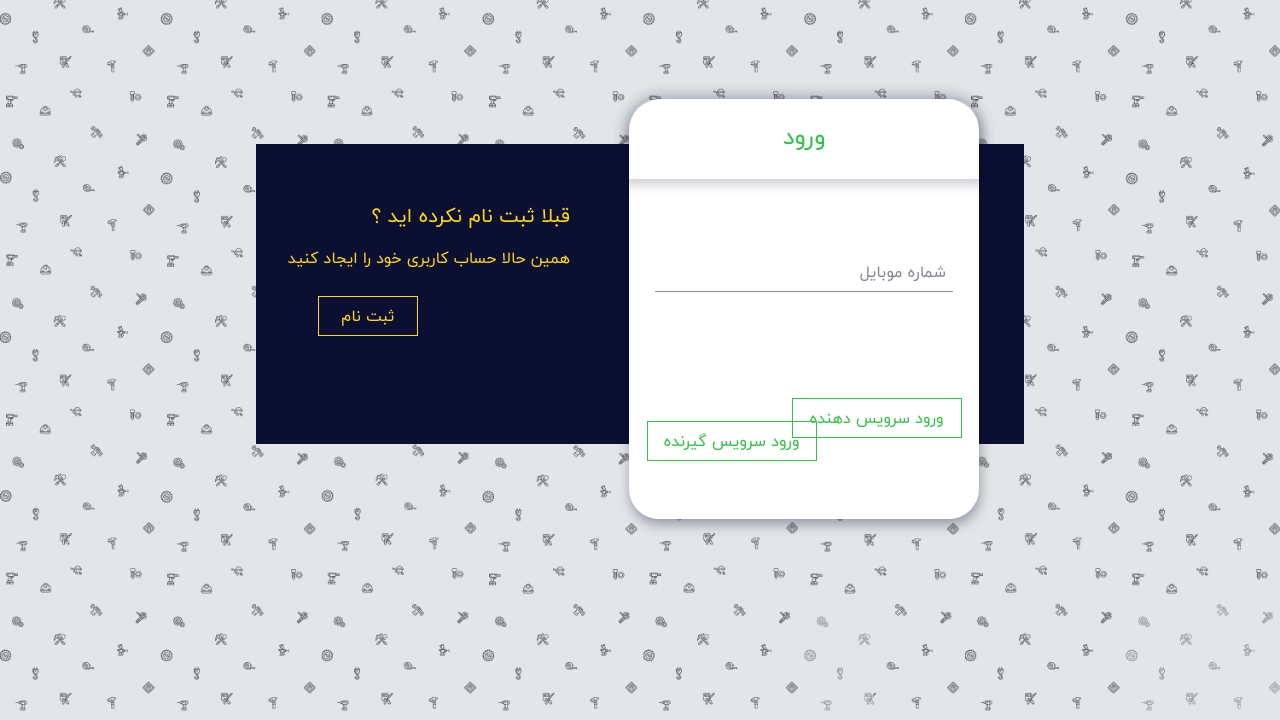
Repository: nightwolf-041/pisheyar-panel-user
Page: /login
An editor plug-in stored every save of this project. The page is shown before and after the next save, followed by the edit.
The browser window is 1280 px wide. The pictures show the whole page.
The page's requests for data from a server got no answer. The project was rebuilt for these pictures with package versions that can differ from the ones it lists, and the page was loaded fresh each time. No one was signed in, and anything a server would have sent is missing. Also part of the build but not shown: src/components/login/RegisterBoxSteps.jsx.

Above is the page before, as saved 2020-05-20 11:51:53.

### src/index.css
@font-face {
    font-family: Yekan;
    src: url('./assets/fonts/iran-yekan/iranyekan.woff')
}

*,
* * {
    font-family: Yekan !important;
}

body {
    margin: 0 auto;
    font-family: Yekan !important;
    overflow-x: hidden !important;
    overflow-y: hidden !important;
}

code {
    font-family: source-code-pro, Menlo, Monaco, Consolas, 'Courier New', monospace;
}

### src/App.css
@font-face {
    font-family: Yekan;
    src: url('./assets/fonts/iran-yekan/iranyekan.woff')
}

*,
* * {
    font-family: Yekan !important;
}

.Toastify__toast-body {
    text-align: right !important;
}

.react-code-input input {
    padding: 0 !important;
    text-align: center !important;
    font-size: 1.2rem !important;
}

.lds-dual-ring {
    display: flex;
    justify-content: center;
    align-items: center;
    width: 150px;
    height: 150px;
    position: fixed;
    top: 30%;
    left: calc(50% - 75px);
    transform: translateZ(0);
    -webkit-transform: translateZ(0);
    -ms-transform: translateZ(0);
    -o-transform: translateZ(0);
}

.lds-dual-ring:after {
    content: " ";
    display: block;
    width: 64px;
    height: 64px;
    margin: 8px;
    border-radius: 50%;
    border: 6px solid #fff;
    border-color: #0b1033 transparent #ffd617 transparent;
    animation: lds-dual-ring 1.2s linear infinite;
    -webkit-animation: lds-dual-ring 1.2s linear infinite;
    -moz-animation: lds-dual-ring 1.2s linear infinite;
    -o-animation: lds-dual-ring 1.2s linear infinite;
}

@keyframes lds-dual-ring {
    0% {
        transform: rotate(0deg);
    }
    100% {
        transform: rotate(360deg);
    }
}

@-webkit-keyframes lds-dual-ring {
    0% {
        transform: rotate(0deg);
    }
    100% {
        transform: rotate(360deg);
    }
}

@-moz-keyframes lds-dual-ring {
    0% {
        transform: rotate(0deg);
    }
    100% {
        transform: rotate(360deg);
    }
}

@-o-keyframes lds-dual-ring {
    0% {
        transform: rotate(0deg);
    }
    100% {
        transform: rotate(360deg);
    }
}

### src/components/login/login.module.css
button:disabled {
    cursor: no-drop !important;
}

button {
    cursor: pointer;
}

::placeholder {
    color: rgba(11, 16, 51, 0.5);
}

.loginKeeper {
    position: relative;
    width: 100%;
    height: 100vh;
    background-color: #1730491f;
    background-image: url('../../assets/images/WideBackgroundFooter.svg');
    background-position: center;
    background-size: cover;
    display: flex;
    justify-content: center;
    align-items: center;
    overflow: hidden;
}

.loginPageMain {
    position: relative;
    width: 100vw;
    height: 100vh;
}

.loginRegisterSwitch {
    position: relative;
    top: 20%;
    width: 60%;
    max-width: 900px;
    display: block;
    margin-right: auto;
    margin-left: auto;
    height: 300px;
    background-color: #0b1033 !important;
    transition: 0.4s all ease;
}

.registerSideBox {
    position: absolute;
    top: 20%;
    left: 0;
    width: 360px;
    opacity: 1;
    transition: 1s opacity ease;
}

.registerSideBoxHidden {
    position: absolute;
    top: 20%;
    left: 0;
    width: 360px;
    opacity: 0;
    transition: 0.6s opacity ease;
}

.registerboxHead {
    text-align: right;
    color: #ffd617;
    padding-bottom: 10px;
}

.registerboxDesc {
    text-align: right;
    color: #ffd617;
}

.registerboxButton {
    position: absolute;
    left: 30%;
    margin-top: 10px;
    width: 100px;
    padding: 7px 15px;
    color: #ffd617;
    background: none;
    outline: none;
    border: 1px solid #ffd617;
    transition: 0.3s all ease;
}

.registerboxButton:before {
    position: absolute;
    top: 0;
    right: 0;
    width: 0;
    height: 100%;
    background-color: #ffd617;
    content: '';
    transition: 0.3s all ease;
}

.registerboxButton:hover {
    color: #0b1033 !important;
    z-index: 1 !important;
}

.registerboxButton:hover:before {
    width: 100%;
    z-index: -1;
}

.loginSideBox {
    position: absolute;
    top: 20%;
    right: 10%;
    width: 360px;
    opacity: 1;
    transition: 0.6s opacity ease;
}

.loginSideBoxHidden {
    position: absolute;
    top: 20%;
    right: 10%;
    width: 360px;
    opacity: 0;
    transition: 0.6s opacity ease;
}

.loginboxHead {
    text-align: right;
    color: #ffd617;
    padding-bottom: 10px;
}

.loginboxDesc {
    text-align: right;
    color: #ffd617;
}

.loginboxButton {
    position: absolute;
    right: 5%;
    width: 100px;
    margin-top: 10px;
    padding: 7px 15px;
    color: #ffd617;
    background: none;
    outline: none;
    border: 1px solid #ffd617;
    transition: 0.3s all ease;
}

.loginboxButton:before {
    position: absolute;
    top: 0;
    left: 0;
    width: 0;
    height: 100%;
    background-color: #ffd617;
    content: '';
    transition: 0.3s all ease;
}

.loginboxButton:hover {
    color: #0b1033 !important;
    z-index: 1 !important;
}

.loginboxButton:hover:before {
    width: 100%;
    z-index: -1;
}

.loginRegisterLoginBox {
    transition: 0.5s all ease;
    position: absolute;
    top: -15%;
    right: 45px;
    width: 350px;
    height: 420px;
    background-color: #fff;
    border-radius: 30px;
    box-shadow: 1px 6px 12px #0b103357;
}

.loginRegisterLoginHead {
    position: absolute;
    top: 0;
    width: 100%;
    height: 5rem;
    padding-top: 1.5rem;
    box-shadow: 0 0 12px 6px rgba(11, 16, 51, 0.2);
    display: flex;
    justify-content: center;
    border-top-left-radius: 2rem;
    border-top-right-radius: 2rem;
    color: #34bf49;
}

.loginRegisterLoginForm {
    position: absolute;
    top: 30%;
    width: 100%;
    height: 115px;
    display: flex;
    flex-direction: column;
    justify-content: center;
    align-content: center;
    align-items: center;
}

.loginRegisterLoginPhoneNumber,
.loginRegisterLoginPhoneNumberInvalid {
    width: 85%;
    padding: 7px 7px;
    margin-bottom: 20px;
    border: none;
    outline: none;
    direction: rtl;
}

.loginRegisterLoginPhoneNumber {
    border-bottom: 1px solid rgba(11, 16, 51, 0.5);
}

.loginRegisterLoginPhoneNumberInvalid {
    border-bottom: 1px solid #e57373;
}

.loginRegisterLoginPhoneNumber:focus::placeholder,
.loginRegisterLoginPhoneNumberInvalid:focus::placeholder {
    visibility: hidden;
}

.loginMobileErrorSpan {
    margin-top: -12px;
    padding-right: 15px;
    font-size: 13px;
    color: #f44336;
    width: 94%;
    display: flex;
    justify-content: flex-end;
}

.loginRegisterLoginButton {
    position: absolute;
    top: 150%;
    right: 5%;
    padding: 7px 15px;
    width: 170px;
    background: none;
    outline: none;
    color: #34bf49;
    border: 1px solid #34bf49;
}

.loginRegisterLoginButtonByer {
    position: absolute;
    top: 170%;
    left: 5%;
    padding: 7px 15px;
    width: 170px;
    background: none;
    outline: none;
    color: #34bf49;
    border: 1px solid #34bf49;
}

.loginRegisterLoginButtonByer::before,
.loginRegisterLoginButton::before {
    position: absolute;
    top: 0;
    left: 0;
    width: 100%;
    height: 0;
    background-color: #34bf49;
    content: '';
    transition: 0.3s all ease;
}

.loginRegisterLoginButtonByer:hover,
.loginRegisterLoginButton:hover {
    color: #fff !important;
    z-index: 1 !important;
}

.loginRegisterLoginButtonByer:hover::before,
.loginRegisterLoginButton:hover::before {
    height: 100%;
    z-index: -1;
}

.loginRegisterRegisterBox {
    transition: 0.5s all ease;
    position: absolute;
    top: -30%;
    right: calc(100% - 400px);
    width: 350px;
    height: 530px;
    background-color: #fff;
    border-radius: 30px;
    box-shadow: 1px 6px 12px #0b103357;
    margin-bottom: 1rem;
    margin-top: 1rem;
}

.loginRegisterRegisterBoxMinHeight {
    transition: 0.5s all ease;
    position: absolute;
    top: -15%;
    right: calc(100% - 400px);
    width: 350px;
    height: 420px;
    background-color: #fff;
    border-radius: 30px;
    box-shadow: 1px 6px 12px #0b103357;
    margin-bottom: 1rem;
    margin-top: 1rem;
}

.loginRegisterRegisterHead {
    position: absolute;
    top: 0;
    width: 100%;
    height: 5rem;
    padding-top: 2rem;
    box-shadow: 0 1px 12px 6px rgba(3, 3, 5, 0.2);
    display: flex;
    justify-content: center;
    border-top-left-radius: 2rem;
    border-top-right-radius: 2rem;
    color: #34bf49;
}

.loginRegisterRegisterForm {
    position: absolute;
    top: 25%;
    width: 100%;
    height: 280px;
    display: flex;
    flex-direction: column;
    justify-content: center;
    align-content: center;
    align-items: center;
}

.loginRegisterRegisterName,
.loginRegisterRegisterNameInvalid {
    width: 85%;
    padding: 7px 7px;
    margin-bottom: 20px;
    color: rgba(11, 16, 51, 0.95);
    border: none;
    outline: none;
    direction: rtl;
}

.loginRegisterRegisterName {
    border-bottom: 1px solid rgba(11, 16, 51, 0.5);
}

.loginRegisterRegisterNameInvalid {
    border-bottom: 1px solid #e57373;
}

.loginRegisterRegisterName:focus::placeholder,
.loginRegisterRegisterNameInvalid:focus::placeholder {
    visibility: hidden;
}

.registerNameErrorSpan {
    margin-top: -13px;
    padding-right: 15px;
    font-size: 12px;
    color: #f44336;
    width: 94%;
    display: flex;
    justify-content: flex-end;
}

.loginRegisterRegisterFamily,
.loginRegisterRegisterFamilyInvalid {
    width: 85%;
    padding: 7px 7px;
    margin-bottom: 20px;
    color: rgba(11, 16, 51, 0.95);
    border: none;
    outline: none;
    direction: rtl;
}

.loginRegisterRegisterFamily {
    border-bottom: 1px solid rgba(11, 16, 51, 0.5);
}

.loginRegisterRegisterFamilyInvalid {
    border-bottom: 1px solid #e57373;
}

.loginRegisterRegisterFamily:focus::placeholder,
.loginRegisterRegisterFamilyInvalid:focus::placeholder {
    visibility: hidden;
}

.registerFamilyErrorSpan {
    margin-top: -13px;
    padding-right: 15px;
    font-size: 12px;
    color: #f44336;
    width: 94%;
    display: flex;
    justify-content: flex-end;
}

.registerCityErrorSpan {
    margin-top: -13px;
    padding-right: 15px;
    font-size: 12px;
    color: #f44336;
    width: 94%;
    display: flex;
    justify-content: flex-end;
}

.loginRegisterRegisterSelectsbox {
    width: 85%;
    display: flex;
    flex-direction: row-reverse;
    justify-content: space-between;
    align-items: center;
    margin-bottom: 10px;
}

.loginRegisterRegisterSelectContry,
.loginRegisterRegisterSelectCity {
    height: 2.1rem;
    display: flex;
    justify-content: center;
    align-items: center;
    direction: rtl;
    width: 45%;
    background: none;
    border-bottom: 1px solid rgba(11, 16, 51, 0.5);
    outline: none;
    padding: 0.4rem 0.7rem;
    margin-top: 0.5rem;
    margin-bottom: 0.5rem;
    color: rgba(11, 16, 51, 0.95);
}

.loginRegisterRegisterSelectContryInvalid,
.loginRegisterRegisterSelectCityInvalid {
    height: 2.1rem;
    display: flex;
    justify-content: center;
    align-items: center;
    direction: rtl;
    width: 45%;
    background: none;
    border-bottom: 1px solid #e57373;
    outline: none;
    padding: 0.4rem 0.7rem;
    margin-top: 0.5rem;
    margin-bottom: 0.5rem;
    color: rgba(11, 16, 51, 0.95);
}

.loginRegisterRegisterSelectGender {
    height: 2.1rem;
    display: flex;
    justify-content: center;
    align-items: center;
    direction: rtl;
    width: 85%;
    background: none;
    border-bottom: 1px solid rgba(11, 16, 51, 0.5);
    outline: none;
    padding: 0.4rem 0.7rem;
    margin-top: 0.5rem;
    margin-bottom: 0.5rem;
    color: rgba(11, 16, 51, 0.95);
    margin-bottom: 20px;
}

.loginRegisterRegisterPhoneNumber,
.loginRegisterRegisterPhoneNumberInvalid {
    width: 85%;
    padding: 7px 7px;
    margin-bottom: 20px;
    color: rgba(11, 16, 51, 0.95);
    border: none;
    outline: none;
    direction: rtl;
}

.loginRegisterRegisterPhoneNumber {
    border-bottom: 1px solid rgba(11, 16, 51, 0.5);
}

.loginRegisterRegisterPhoneNumberInvalid {
    border-bottom: 1px solid #e57373;
}

.loginRegisterRegisterPhoneNumber:focus::placeholder,
.loginRegisterRegisterPhoneNumberInvalid:focus::placeholder {
    visibility: hidden;
}

.registerPhoneNumberErrorSpan {
    margin-top: -13px;
    padding-right: 15px;
    font-size: 12px;
    color: #f44336;
    width: 94%;
    display: flex;
    justify-content: flex-end;
}

.registerStep2CodeInput,
.registerStep2CodeInputInvalid {
    width: 85%;
    padding: 7px 7px;
    margin-bottom: 20px;
    border: none;
    outline: none;
    direction: rtl;
}

.registerStep2CodeInput {
    border-bottom: 1px solid rgba(11, 16, 51, 0.5);
}

.registerStep2CodeInputInvalid {
    border-bottom: 1px solid #e57373;
}

.registerStep2CodeInput:focus::placeholder,
.registerStep2CodeInputInvalid:focus::placeholder {
    visibility: hidden;
}

.registerStep2CodeErrorSpan {
    margin-top: -13px;
    padding-right: 15px;
    font-size: 14px;
    color: #f44336;
    width: 94%;
    display: flex;
    justify-content: flex-end;
}

.loginRegisterRegisterButton {
    position: absolute;
    top: 115%;
    right: calc(50% - 90px);
    padding: 7px 15px;
    width: 180px;
    background: none;
    outline: none;
    color: #34bf49;
    border: 1px solid #34bf49;
}

.loginRegisterRegisterButton:before {
    position: absolute;
    bottom: 0;
    left: 0;
    width: 100%;
    height: 0;
    background-color: #34bf49;
    content: '';
    transition: 0.3s all ease;
}

.loginRegisterRegisterButton:hover {
    color: #fff !important;
    z-index: 1 !important;
}

.loginRegisterRegisterButton:hover:before {
    height: 100%;
    z-index: -1;
}


/* step2 btns */

.registerStep2Buttonsbox {
    position: absolute;
    top: 170%;
    right: 0;
    width: 100%;
    display: flex;
    flex-direction: row-reverse;
    justify-content: space-around;
    align-items: center;
}

.registerStep2Button {
    position: relative;
    padding: 7px 10px;
    width: 100px;
    background: none;
    outline: none;
    color: #34bf49;
    border: 1px solid #34bf49;
}

.registerStep2Button:before {
    position: absolute;
    bottom: 0;
    left: 0;
    width: 100%;
    height: 0;
    background-color: #34bf49;
    content: '';
    transition: 0.3s all ease;
}

.registerStep2Button:hover {
    color: #fff !important;
    z-index: 1 !important;
}

.registerStep2Button:hover:before {
    height: 100%;
    z-index: -1;
}

.registerStep2BackButton {
    position: relative;
    padding: 7px 10px;
    width: 100px;
    background: none;
    outline: none;
    color: #f44336;
    border: 1px solid #f44336;
}

.registerStep2BackButton:before {
    position: absolute;
    bottom: 0;
    left: 0;
    width: 100%;
    height: 0;
    background-color: #f44336;
    content: '';
    transition: 0.3s all ease;
}

.registerStep2BackButton:hover {
    color: #fff !important;
    z-index: 1 !important;
}

.registerStep2BackButton:hover:before {
    height: 100%;
    z-index: -1;
}


/* login step2 btns  */

.loginStep2Button {
    position: relative;
    padding: 7px 10px;
    width: 100px;
    background: none;
    outline: none;
    color: #34bf49;
    border: 1px solid #34bf49;
}

.loginStep2Button:before {
    position: absolute;
    top: 0;
    left: 0;
    width: 100%;
    height: 0;
    background-color: #34bf49;
    content: '';
    transition: 0.3s all ease;
}

.loginStep2Button:hover {
    color: #fff !important;
    z-index: 1 !important;
}

.loginStep2Button:hover:before {
    height: 100%;
    z-index: -1;
}

.loginStep2BackButton {
    position: relative;
    padding: 7px 10px;
    width: 100px;
    background: none;
    outline: none;
    color: #f44336;
    border: 1px solid #f44336;
}

.loginStep2BackButton:before {
    position: absolute;
    top: 0;
    left: 0;
    width: 100%;
    height: 0;
    background-color: #f44336;
    content: '';
    transition: 0.3s all ease;
}

.loginStep2BackButton:hover {
    color: #fff !important;
    z-index: 1 !important;
}

.loginStep2BackButton:hover:before {
    height: 100%;
    z-index: -1;
}

.registerAlerts {
    position: absolute;
    top: -40%;
    left: 0;
    width: 100%;
    height: 0;
    text-align: center;
    z-index: 15;
}

.registerAlerts p,
.registerAlerts h4 {
    color: #fff;
    font-size: 18px;
    padding-bottom: 15px;
    text-align: center;
}

.registerAlerts span {
    color: #fff;
    font-size: 17px;
    padding-bottom: 15px;
    text-align: center;
}

.loginAlerts {
    position: absolute;
    top: -40%;
    left: 0;
    width: 100%;
    height: 0;
    text-align: center;
    z-index: 15;
}

.loginAlerts p,
.loginAlerts h4 {
    color: #fff;
    font-size: 18px;
    padding-bottom: 15px;
    text-align: center;
}

.loginAlerts span {
    color: #fff;
    font-size: 17px;
    padding-bottom: 15px;
    text-align: center;
}

.loginShowHidePasswordIcon {
    width: 27px;
    height: 27px;
    position: absolute;
    top: 60%;
    right: 10%;
}

.registerShowHidePasswordIcon {
    width: 27px;
    height: 27px;
    position: absolute;
    top: 53%;
    right: 10%;
}

.registerShowHideRepasswordIcon {
    width: 27px;
    height: 27px;
    position: absolute;
    bottom: 9%;
    right: 10%;
}

.registerShowHideRepasswordIconInvalid {
    width: 27px;
    height: 27px;
    position: absolute;
    bottom: 5%;
    right: 10%;
}

.timerBox {
    margin-bottom: -50px;
    margin-top: 20px;
    color: #f44336;
}

@media screen and (max-width: 1330px) {
    .registerSideBox {
        left: -6%;
    }
    .registerSideBoxHidden {
        left: -6%;
    }
    .loginSideBox {
        right: 4%;
    }
    .loginSideBoxHidden {
        right: 4%;
    }
}

@media screen and (max-width: 1220px) {
    .loginRegisterSwitch {
        width: 70%;
    }
}

@media screen and (max-width: 1060px) {
    .loginRegisterSwitch {
        width: 80%;
    }
}

@media screen and (max-width: 930px) {
    .loginRegisterSwitch {
        width: 90%;
    }
}

@media screen and (max-width: 850px) {
    .registerSideBox {
        left: -11%;
    }
    .registerSideBoxHidden {
        left: -11%;
    }
    .registerboxHead {
        font-size: 16px;
    }
    .registerboxDesc {
        font-size: 14px;
    }
    .registerboxButton {
        left: 40%;
    }
    .loginboxHead {
        font-size: 16px;
    }
    .loginboxDesc {
        font-size: 14px;
    }
}

@media screen and (max-width: 780px) {
    .loginRegisterRegisterBox {
        right: calc(100% - 350px);
        width: 300px;
        height: 530px;
    }
    .loginRegisterRegisterBoxMinHeight {
        right: calc(100% - 350px);
        width: 300px;
        height: 420px;
    }
    .loginRegisterLoginBox {
        width: 300px;
        height: 400px;
    }
    .loginRegisterLoginButton {
        width: 160px;
        left: calc(50% - 80px);
        top: 130%;
    }
    .loginRegisterLoginButtonByer {
        width: 160px;
        left: calc(50% - 80px);
        top: 170%;
    }
}

@media screen and (max-width: 730px) {
    .loginPageMain {
        height: 120vh;
    }
    .loginRegisterSwitch {
        width: 350px;
        top: 20%;
        height: 500px;
        /* margin-bottom: 20rem; */
    }
    .loginRegisterLoginBox {
        top: -20%;
        right: 25px;
    }
    .loginRegisterRegisterBox {
        right: 25px;
        top: 40%;
    }
    .loginRegisterRegisterBoxMinHeight {
        right: 25px;
        top: 40%;
    }
    .loginSideBox {
        width: 100%;
        top: 10%;
        left: 0;
        display: flex;
        flex-direction: column;
        align-items: center;
        right: 0;
    }
    .loginSideBoxHidden {
        width: 100%;
        top: 10%;
        left: 0;
        display: flex;
        flex-direction: column;
        align-items: center;
        right: 0;
    }
    .loginboxButton {
        left: calc(50% - 50px);
        width: 100px;
        margin-top: 5rem;
    }
    .registerSideBox {
        width: 100%;
        top: 67%;
        left: 0;
        display: flex;
        flex-direction: column;
        align-items: center;
        right: 0;
    }
    .registerSideBoxHidden {
        width: 100%;
        top: 67%;
        left: 0;
        display: flex;
        flex-direction: column;
        align-items: center;
        right: 0;
    }
    .registerboxButton {
        left: calc(50% - 50px);
        width: 100px;
        margin-top: 5rem;
    }
}

@media screen and (max-width: 375px) {
    .loginRegisterSwitch {
        width: 300px;
        top: 15%;
        height: 550px;
        margin-bottom: 14rem;
    }
    .loginRegisterRegisterBox {
        right: 48%;
        width: 280px;
        height: 530px;
    }
    .loginRegisterRegisterBoxMinHeight {
        right: 10px;
        width: 280px;
        height: 410px;
    }
    .loginRegisterLoginBox {
        top: -12%;
        width: 280px;
        height: 390px;
        right: 10px;
    }
    .loginRegisterRegisterBox {
        right: 10px;
        top: 40%;
    }
}

@media screen and (max-width: 315px) {
    .loginRegisterSwitch {
        width: 260px;
        top: 10%;
        height: 500px;
    }
    .loginRegisterRegisterBox {
        right: 48%;
        width: 250px;
        height: 530px;
    }
    .loginRegisterRegisterBoxMinHeight {
        right: 48%;
        width: 250px;
        height: 410px;
    }
    .loginRegisterLoginBox {
        width: 250px;
        height: 360px;
    }
    .loginRegisterLoginBox {
        right: 5px;
    }
    .loginRegisterRegisterBox {
        right: 5px;
        top: 40%;
    }
    .registerboxHead {
        font-size: 14px;
    }
    .registerboxDesc {
        font-size: 12px;
    }
    .loginboxHead {
        font-size: 14px;
    }
    .loginboxDesc {
        font-size: 12px;
    }
}

Loaded but not shown: public/index.html (common file); src/serviceWorker.js (common file); src/App.js (45 lines, source omitted); src/index.js (23 lines, source omitted); src/components/login/Login.jsx (746 lines, source omitted); src/components/login/LoginBixSteps.jsx (85 lines, source omitted)

After the next save:
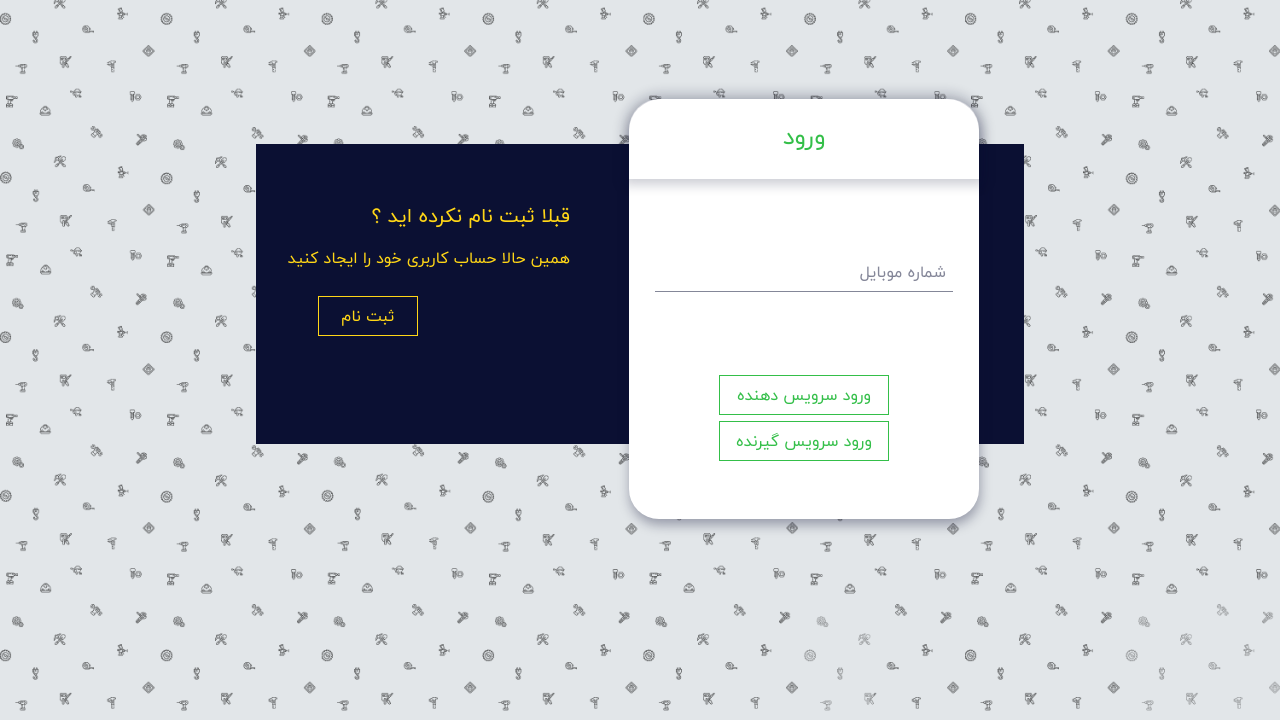
Saved 34 s later.
--- a/src/components/login/login.module.css
+++ b/src/components/login/login.module.css
@@ -242,8 +242,8 @@ button {
 
 .loginRegisterLoginButton {
     position: absolute;
-    top: 150%;
-    right: 5%;
+    top: 130%;
+    right: calc(50% - 85px);
     padding: 7px 15px;
     width: 170px;
     background: none;
@@ -255,7 +255,7 @@ button {
 .loginRegisterLoginButtonByer {
     position: absolute;
     top: 170%;
-    left: 5%;
+    left: calc(50% - 85px);
     padding: 7px 15px;
     width: 170px;
     background: none;
